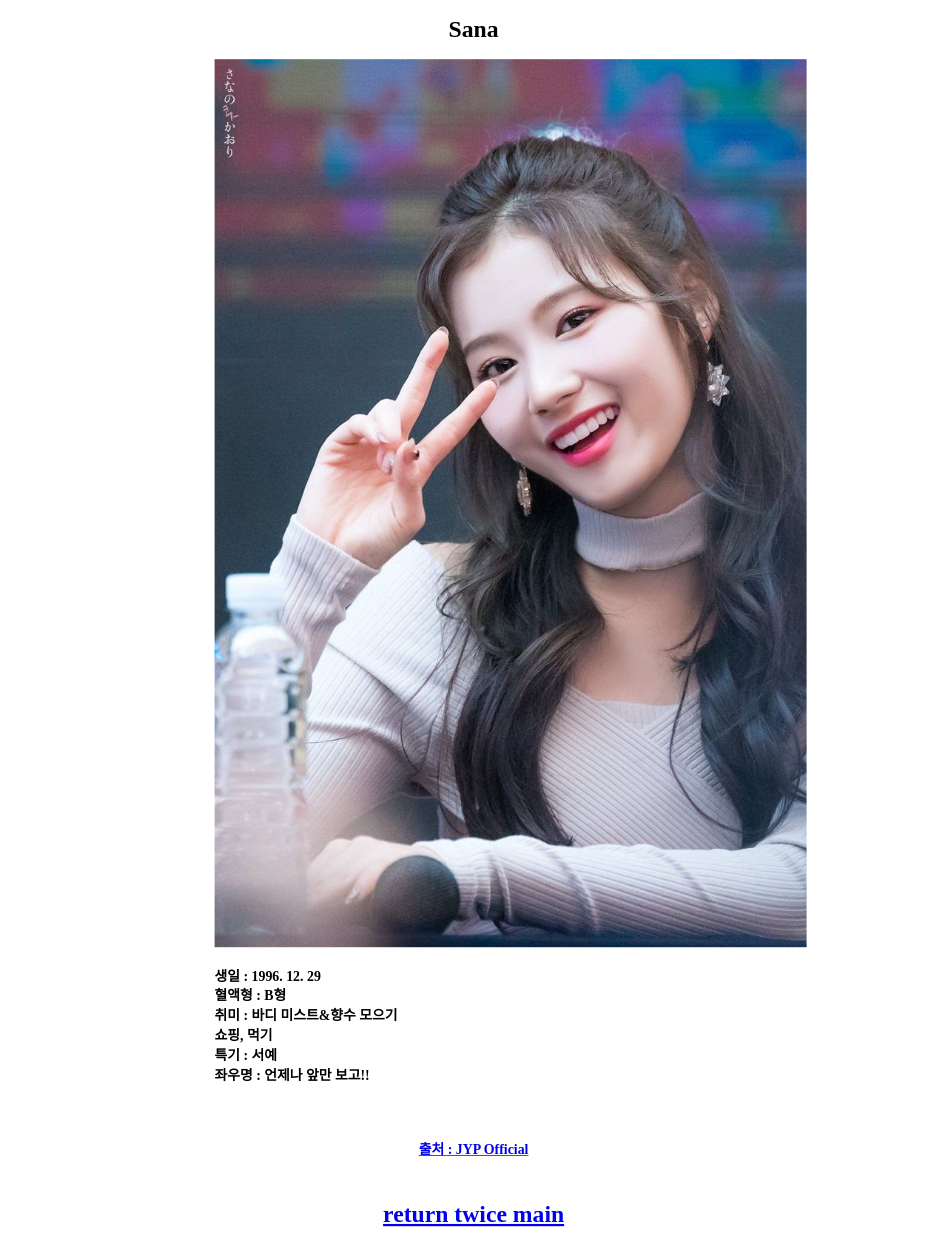
Repository: lbj0314/webTest
Page: Html_2/WebContent/media/sana.html
The author's editor kept a copy of each file at every save. The page is drawn from the files as they stood at one save, then again after the next save.
The browser window is 1280 px wide. The pictures show the whole page, at 74% of full size.

Above is the page before, as saved 2019-10-15 03:02:05.

After the next save:
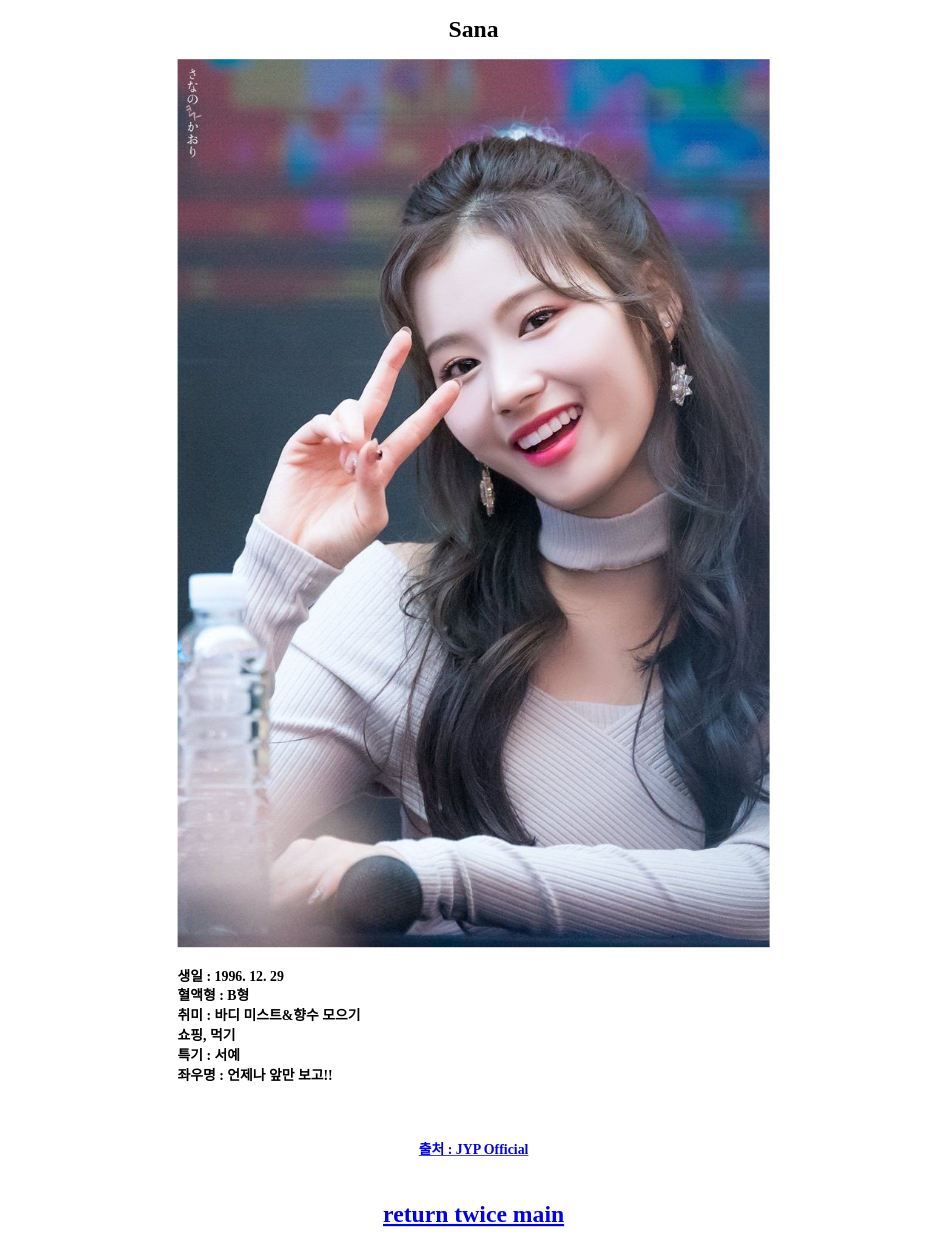
Saved 7 s later.
--- a/Html_2/WebContent/media/sana.html
+++ b/Html_2/WebContent/media/sana.html
@@ -4,7 +4,7 @@
 <meta charset="UTF-8">
 <title>Sana</title>
 </head>
-<body style="margin: 0 auto; width: 700px;">
+<body style="margin: 0 auto; width: 800px;">
 <h1 align="center">Sana</h1>
 <p align="center">
 <img src="/Html_2/imgs/sana3.jpg">
